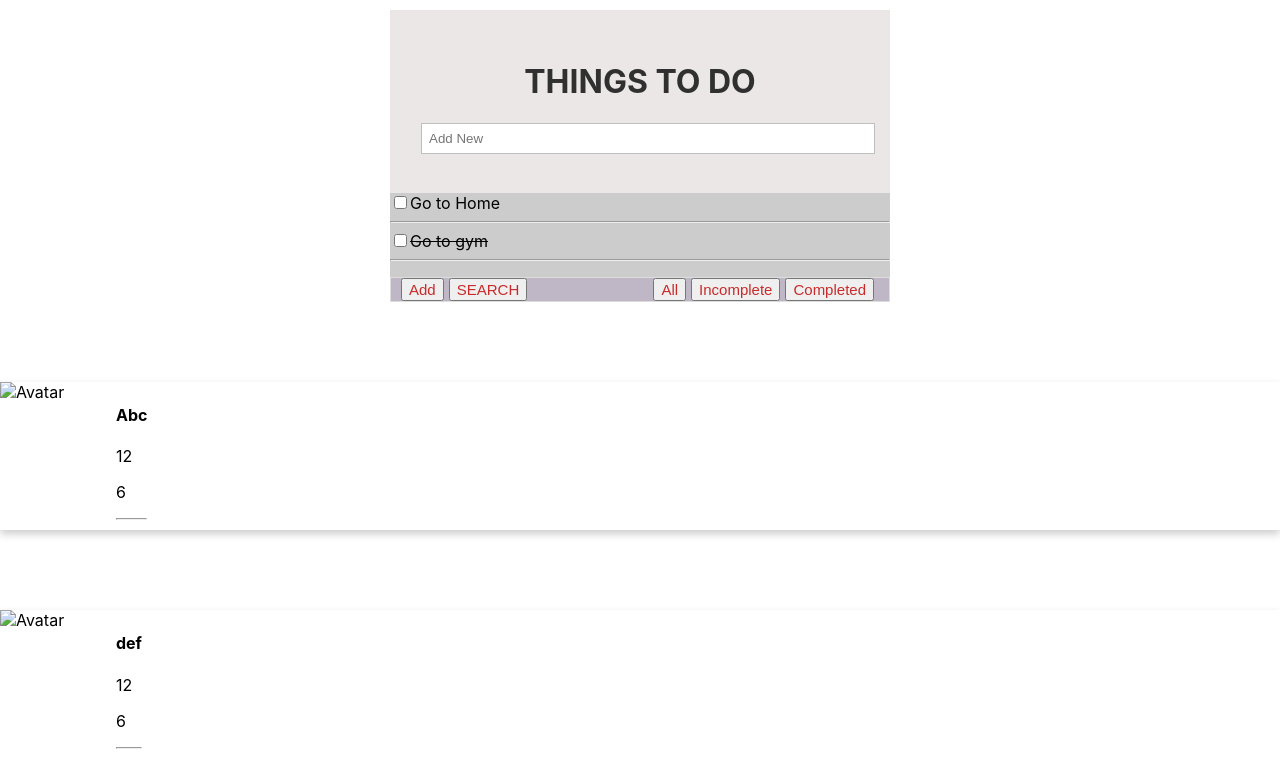
Repository: kirangautam45/To-Do-Application
Page: /
The author's editor kept a copy of each file at every save. The page is drawn from the files as they stood at one save, then again after the next save.
The browser window is 1280 px wide. The pictures show the whole page.
The project was rebuilt for these pictures with package versions that can differ from the ones it lists, and the page was loaded fresh each time.

Above is the page before, as saved 2022-08-12 11:45:03.

### src/App.js
import "./App.css";
import Tittle from "./components/Tittle";
import Input from "./components/Input";
import ToDoItem from "./components/ToDoItem";
import Footer from "./components/Footer";
import Cards from "./components/cards";
import React from "react";

const todos = [
  {
    task: "Go to Home",
    isCompleted: false,
  },
  {
    task: "Go to gym",
    isCompleted: true,
  },
];
const studentName = [
  { name: "Abc", rollNumber: 12, class: 6 },
  { name: "def", rollNumber: 12, class: 6 },
];

const App = () => {
  return (
    <>
      <div div className="Body">
        <div className="To_Body">
          <Tittle />
          <Input />
        </div>
        {todos.map((item, index) => (
          <ToDoItem
            key={index}
            title={item.task}
            isCompleted={item.isCompleted}
          />
        ))}
        <Footer />
      </div>
      <div>
        {studentName.map((student, index) => (
          <Cards
            key={index}
            name={student.name}
            roll={student.rollNumber}
            class={student.class}
          />
        ))}
      </div>
    </>
  );
};

export default App;

### src/App.css
.Body {
  background-color: #ccc;
 width: 500px;
 margin: 10px auto;
display: 'flex';

}
.Header{
  text-align: center;
  color:rgb(49, 48, 48);
}
.To_Body{
min-height: fit-content;
justify-content: center;
background-color: #ebe7e7;
padding: 30px;
border: 1px rgb(234, 228, 228);
    border-top-style: none;
    border-right-style: none;
    border-left-style: none;
border-style: solid solid none;
}
.Input_text{
  outline: none;
  width: 100%;
  padding: 7px;
  border: 1px solid  rgb(192, 191, 191);
  margin-bottom: 2%;
}
.Icon{
  justify-content:space-evenly;
  height: auto;
  flex-direction: row;
justify-content: space-between;
border: 1px solid #ddd;
background-color: #bfb7c6;
padding: 12px 20px;
text-decoration: line-through;
margin: 1em auto;
display: flex;
justify-content: space-between;
padding: 0 10px;
}

.Icon_right{
text-align: right;
flex-direction: row;

}
.Icon_button {
  height:auto;
  width: auto;
  align-items: left;
  color: rgb(201, 42, 42);
  font-size: 15px;
  margin-right: 5px;
  cursor: pointer;
  height: 1;
  padding: 5;
}
.Border{
  line-break: auto 1 ;
  border-radius: 1rem;
}
.Text{
  text-decoration: line-through;
    text-decoration-line: line-through;
    text-decoration-style: solid;
    text-decoration-color: currentcolor;
    text-decoration-thickness: auto;
}
.card {
  /* Add shadows to create the "card" effect */
  box-shadow: 0 4px 8px 0 rgba(0,0,0,0.2);
  transition: 0.3s;
  display:flex;
  margin-block-start:5rem;
}

/* On mouse-over, add a deeper shadow */
.card:hover {
  box-shadow: 0 8px 16px 0 rgba(0,0,0,0.2);
}

/* Add some padding inside the card container */
.container {
  padding: 2px 16px;
}

### src/components/Tittle.js
import React from 'react'

const Tittle = () => {
  return (
    <div>
      <h1 className="Header"> THINGS TO DO</h1>
    </div>
  )
}

export default Tittle

### src/components/Input.js
import React from 'react'

const Input = () => {
  return (
    <div>
      <input className="Input_text" placeholder="Add New" />
    </div>
  )
}

export default Input

### src/components/ToDoItem.js
import React from "react";

const ToDoItem = (props) => {
  return (
    <div className="Box">
      <input type="checkbox" />
      <span className={`${props.isCompleted ? "Text" : ""}`}>
        {props.title}{" "}
      </span>
      <hr />
    </div>
  );
};

export default ToDoItem;

### src/components/Footer.js
import React from 'react'

const Footer = () => {
  return (
    <div>
          <div className="Icon">
              <div>
                <button className="Icon_button">Add</button>
                <button className="Icon_button">SEARCH</button>
              </div>
              <div className="Icon_right">
                <button className="Icon_button">All</button>
                <button className="Icon_button">Incomplete</button>
                <button className="Icon_button">Completed</button>
              </div>
          </div>
    </div>
  )
}

export default Footer

### src/components/cards.js
import React from "react";

const cards = (props) => {
  return (
    <div class="card">
      <img src={props.image} alt="Avatar" width={100} />
      <div class="container">
        <h4>
          <b>{props.name}</b>
        </h4>
        <p>{props.roll}</p>
        <p>{props.class}</p>
        <hr />
      </div>
    </div>
  );
};

export default cards;

Loaded but not shown: public/index.html (common file); src/index.js (common file); src/index.css (common file)

After the next save:
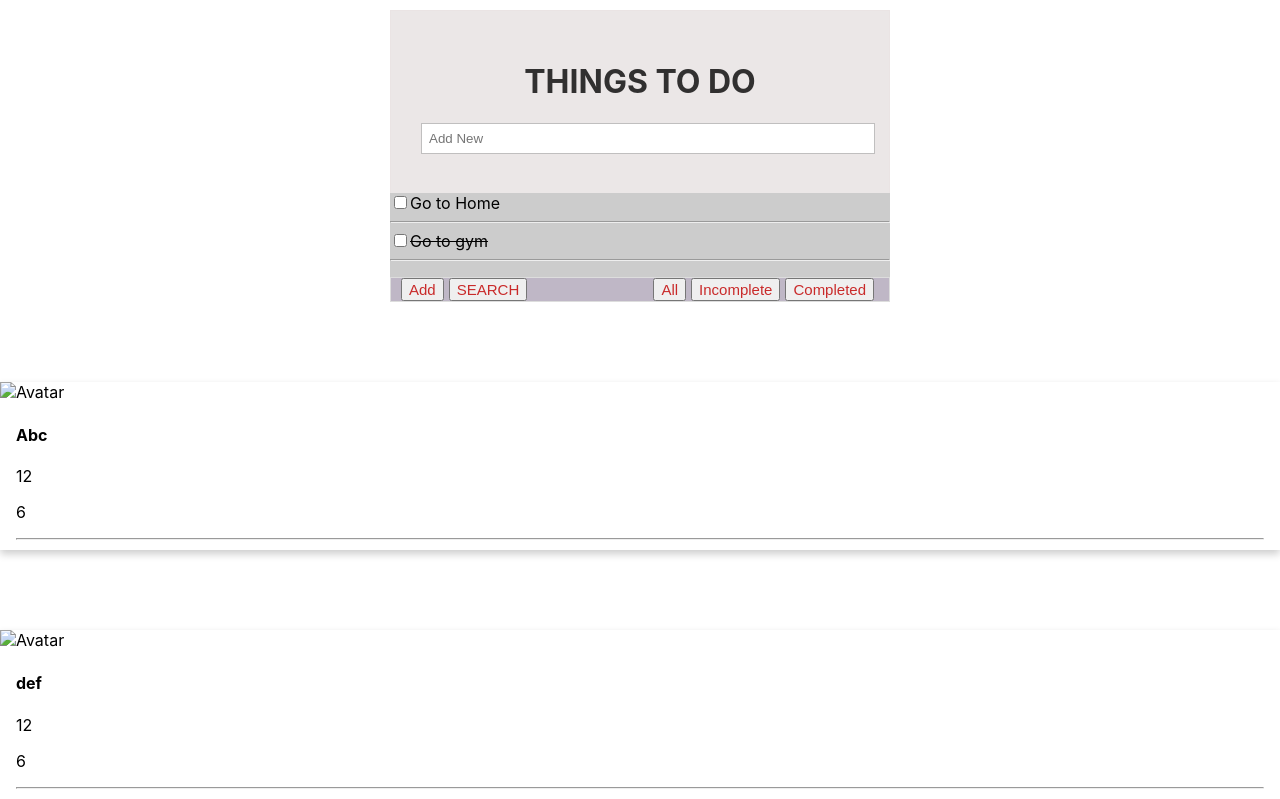
Saved 44 s later.
--- a/src/App.css
+++ b/src/App.css
@@ -73,7 +73,7 @@ flex-direction: row;
   /* Add shadows to create the "card" effect */
   box-shadow: 0 4px 8px 0 rgba(0,0,0,0.2);
   transition: 0.3s;
-  display:flex;
+
   margin-block-start:5rem;
 }
 
